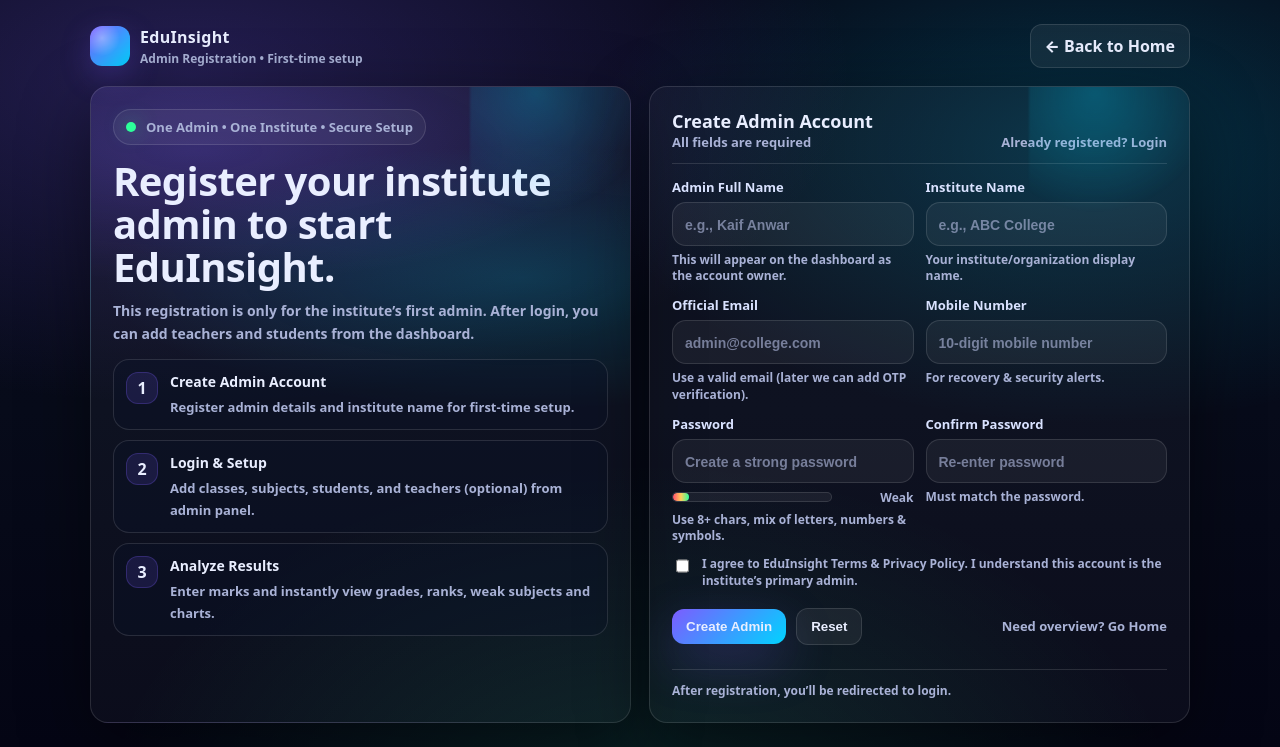
Repository: Kaifclash/EduInsight
Page: register.html
These files come from the project's save history. The page is drawn as it stood at one moment and after the next save; the edit follows.
The browser window is 1280 px wide. The pictures show the whole page.

Above is the page before, as saved 2026-02-05 15:51:14.

### register.html
<!DOCTYPE html>
<html lang="en">
<head>
  <meta charset="UTF-8" />
  <meta name="viewport" content="width=device-width, initial-scale=1.0" />
  <title>EduInsight | Admin Register</title>

  <style>
    :root{
      --bg:#070b1a;
      --card:#0f1736;
      --card2:#0b122a;
      --text:#e9eeff;
      --muted:#a9b2d6;
      --accent:#7c5cff;
      --accent2:#00d4ff;
      --good:#2dff9a;
      --danger:#ff4d6d;
      --border:rgba(255,255,255,.12);
      --shadow: 0 20px 70px rgba(0,0,0,.45);
      --radius:18px;
    }

    *{box-sizing:border-box;}
    body{
      margin:0;
      font-family: ui-sans-serif, system-ui, -apple-system, Segoe UI, Roboto, Arial, "Noto Sans", "Helvetica Neue";
      color:var(--text);
      background:
        radial-gradient(1200px 600px at 15% 10%, rgba(124,92,255,.25), transparent 55%),
        radial-gradient(900px 500px at 85% 20%, rgba(0,212,255,.20), transparent 55%),
        radial-gradient(900px 600px at 50% 110%, rgba(45,255,154,.12), transparent 60%),
        linear-gradient(180deg, #060816 0%, var(--bg) 55%, #040514 100%);
      min-height:100vh;
      overflow-x:hidden;
      display:grid;
      place-items:center;
      padding:24px 0;
    }

    a{color:inherit; text-decoration:none;}
    .wrap{width:min(1100px, 92%);}

    .topbar{
      display:flex;
      align-items:center;
      justify-content:space-between;
      gap:12px;
      margin-bottom:18px;
    }

    .brand{
      display:flex;
      align-items:center;
      gap:10px;
      font-weight:900;
      letter-spacing:.3px;
    }
    .logo{
      width:40px; height:40px;
      border-radius:12px;
      background:
        radial-gradient(circle at 30% 30%, rgba(255,255,255,.35), transparent 45%),
        linear-gradient(135deg, var(--accent), var(--accent2));
      box-shadow: 0 10px 30px rgba(124,92,255,.25);
    }
    .brand small{
      display:block;
      font-weight:650;
      color:var(--muted);
      letter-spacing:0;
      margin-top:2px;
      font-size:12px;
    }

    .btn{
      border:1px solid var(--border);
      background: rgba(255,255,255,.06);
      color:var(--text);
      padding:10px 14px;
      border-radius:12px;
      font-weight:800;
      cursor:pointer;
      transition:.18s ease;
      display:inline-flex;
      gap:10px;
      align-items:center;
      justify-content:center;
      user-select:none;
    }
    .btn:hover{transform: translateY(-1px); background: rgba(255,255,255,.10);}
    .btn-primary{
      border: none;
      background: linear-gradient(135deg, var(--accent), var(--accent2));
      box-shadow: 0 18px 50px rgba(124,92,255,.25);
    }

    .grid{
      display:grid;
      grid-template-columns: 1fr 1fr;
      gap:18px;
      align-items:stretch;
    }

    .panel{
      border:1px solid var(--border);
      border-radius: var(--radius);
      background: rgba(255,255,255,.04);
      box-shadow: var(--shadow);
      overflow:hidden;
      position:relative;
    }

    /* Left info */
    .info{
      padding:22px;
      background:
        radial-gradient(700px 220px at 20% 10%, rgba(124,92,255,.22), transparent 60%),
        radial-gradient(700px 220px at 80% 30%, rgba(0,212,255,.18), transparent 60%),
        rgba(255,255,255,.03);
    }
    .badge{
      display:inline-flex;
      gap:10px;
      align-items:center;
      padding:8px 12px;
      border-radius:999px;
      border:1px solid var(--border);
      color:var(--muted);
      background: rgba(255,255,255,.05);
      font-weight:800;
      font-size:13px;
      width:fit-content;
    }
    .dot{
      width:10px; height:10px; border-radius:999px;
      background: var(--good);
      box-shadow: 0 0 20px rgba(45,255,154,.5);
    }
    h1{
      margin:14px 0 10px;
      font-size: clamp(26px, 3.2vw, 40px);
      line-height:1.08;
      letter-spacing:-.6px;
    }
    .lead{
      margin:0 0 14px;
      color:var(--muted);
      line-height:1.65;
      font-weight:650;
      font-size:14px;
    }
    .steps{
      margin-top:14px;
      display:grid;
      gap:10px;
    }
    .step{
      display:flex;
      gap:12px;
      align-items:flex-start;
      padding:12px;
      border:1px solid var(--border);
      background: rgba(11,18,42,.35);
      border-radius: 16px;
    }
    .num{
      width:32px; height:32px;
      border-radius: 12px;
      display:grid; place-items:center;
      font-weight:900;
      background: rgba(124,92,255,.14);
      border:1px solid rgba(124,92,255,.25);
      flex: 0 0 auto;
    }
    .step b{display:block; font-size:14px; margin-bottom:4px;}
    .step span{color:var(--muted); font-weight:650; font-size:13px; line-height:1.45;}

    /* Right form */
    .form{
      padding:22px;
      background: rgba(255,255,255,.03);
    }
    .title{
      display:flex;
      align-items:flex-end;
      justify-content:space-between;
      gap:12px;
      padding-bottom:12px;
      border-bottom:1px solid var(--border);
      margin-bottom:14px;
    }
    .title h2{margin:0; font-size:18px;}
    .title p{margin:0; color:var(--muted); font-weight:700; font-size:13px;}

    form{display:grid; gap:12px;}
    .row{
      display:grid;
      grid-template-columns: 1fr 1fr;
      gap:12px;
    }
    label{
      display:block;
      font-weight:800;
      font-size:13px;
      margin-bottom:6px;
      color: #d9e2ff;
    }
    .field{
      border:1px solid var(--border);
      background: rgba(255,255,255,.05);
      border-radius: 14px;
      padding:10px 12px;
      transition:.18s ease;
      position:relative;
    }
    .field:focus-within{
      border-color: rgba(0,212,255,.55);
      box-shadow: 0 0 0 4px rgba(0,212,255,.10);
    }
    input{
      width:100%;
      border:none;
      outline:none;
      background:transparent;
      color:var(--text);
      font-size:14px;
      font-weight:700;
      padding:2px 0;
    }
    input::placeholder{color: rgba(169,178,214,.65); font-weight:650;}
    .hint{
      margin-top:6px;
      color: var(--muted);
      font-size:12px;
      font-weight:650;
      line-height:1.35;
    }

    .error{
      display:none;
      padding:10px 12px;
      border-radius: 14px;
      border:1px solid rgba(255,77,109,.35);
      background: rgba(255,77,109,.10);
      color: #ffd1d9;
      font-weight:800;
      font-size:13px;
      line-height:1.45;
    }
    .success{
      display:none;
      padding:10px 12px;
      border-radius: 14px;
      border:1px solid rgba(45,255,154,.30);
      background: rgba(45,255,154,.10);
      color: #d6ffe9;
      font-weight:850;
      font-size:13px;
      line-height:1.45;
    }

    .pw-row{
      display:grid;
      grid-template-columns: 1fr 1fr;
      gap:12px;
    }

    .pw-meter{
      display:flex;
      gap:8px;
      align-items:center;
      margin-top:6px;
    }
    .meter{
      flex:1;
      height:10px;
      border-radius:999px;
      background: rgba(255,255,255,.06);
      border:1px solid var(--border);
      overflow:hidden;
    }
    .meter > span{
      display:block;
      height:100%;
      width:10%;
      border-radius:999px;
      background: linear-gradient(90deg, var(--danger), #ffcf5a, var(--good));
      transition: width .2s ease;
    }
    .meter-text{
      color: var(--muted);
      font-weight:850;
      font-size:12px;
      min-width: 74px;
      text-align:right;
    }

    .actions{
      display:flex;
      gap:10px;
      flex-wrap:wrap;
      align-items:center;
      justify-content:space-between;
      margin-top:6px;
    }
    .actions .left{
      display:flex;
      gap:10px;
      align-items:center;
      flex-wrap:wrap;
    }

    .checkbox{
      display:flex;
      gap:10px;
      align-items:flex-start;
      color: var(--muted);
      font-weight:700;
      font-size:12px;
      line-height:1.4;
      user-select:none;
    }
    .checkbox input{width:16px; height:16px; margin-top:2px;}

    .small-link{
      color: var(--muted);
      font-weight:800;
      font-size:13px;
    }
    .small-link:hover{color:var(--text);}

    .footer-note{
      margin-top:12px;
      color: var(--muted);
      font-weight:650;
      font-size:12px;
      line-height:1.5;
      border-top:1px solid var(--border);
      padding-top:12px;
    }

    /* Floating glow */
    .panel::before{
      content:"";
      position:absolute;
      inset:-60px -60px auto auto;
      width:220px; height:220px;
      background: radial-gradient(circle at 30% 30%, rgba(0,212,255,.25), transparent 55%);
      filter: blur(1px);
      pointer-events:none;
    }

    /* Responsive */
    @media (max-width: 950px){
      .grid{grid-template-columns: 1fr; }
    }
    @media (max-width: 520px){
      .row, .pw-row{grid-template-columns:1fr;}
      .actions{flex-direction:column; align-items:stretch;}
      .actions .left{justify-content:space-between;}
    }
  </style>
</head>

<body>
  <div class="wrap">
    <div class="topbar">
      <div class="brand">
        <div class="logo" aria-hidden="true"></div>
        <div>
          EduInsight
          <small>Admin Registration • First-time setup</small>
        </div>
      </div>
      <a class="btn" href="index.html">← Back to Home</a>
    </div>

    <div class="grid">
      <!-- Left -->
      <section class="panel info">
        <div class="badge"><span class="dot"></span> One Admin • One Institute • Secure Setup</div>
        <h1>Register your institute admin to start EduInsight.</h1>
        <p class="lead">
          This registration is only for the institute’s first admin. After login, you can add teachers and students
          from the dashboard.
        </p>

        <div class="steps">
          <div class="step">
            <div class="num">1</div>
            <div>
              <b>Create Admin Account</b>
              <span>Register admin details and institute name for first-time setup.</span>
            </div>
          </div>
          <div class="step">
            <div class="num">2</div>
            <div>
              <b>Login & Setup</b>
              <span>Add classes, subjects, students, and teachers (optional) from admin panel.</span>
            </div>
          </div>
          <div class="step">
            <div class="num">3</div>
            <div>
              <b>Analyze Results</b>
              <span>Enter marks and instantly view grades, ranks, weak subjects and charts.</span>
            </div>
          </div>
        </div>
      </section>

      <!-- Right -->
      <section class="panel form">
        <div class="title">
          <div>
            <h2>Create Admin Account</h2>
            <p>All fields are required</p>
          </div>
          <a class="small-link" href="login.html">Already registered? Login</a>
        </div>

        <div class="error" id="errBox"></div>
        <div class="success" id="okBox"></div>

        <form id="regForm" action="register.php" method="POST" novalidate>
          <div class="row">
            <div>
              <label for="adminName">Admin Full Name</label>
              <div class="field">
                <input id="adminName" name="full_name" type="text" placeholder="e.g., Kaif Anwar" autocomplete="name" />
              </div>
              <div class="hint">This will appear on the dashboard as the account owner.</div>
            </div>

            <div>
              <label for="institute">Institute Name</label>
              <div class="field">
                <input id="institute" name="institute_name" type="text" placeholder="e.g., ABC College" />
              </div>
              <div class="hint">Your institute/organization display name.</div>
            </div>
          </div>

          <div class="row">
            <div>
              <label for="email">Official Email</label>
              <div class="field">
                <input id="email" name="email" type="email" placeholder="admin@college.com" autocomplete="email" />
              </div>
              <div class="hint">Use a valid email (later we can add OTP verification).</div>
            </div>

            <div>
              <label for="phone">Mobile Number</label>
              <div class="field">
                <input id="phone" name="phone" type="tel" placeholder="10-digit mobile number" inputmode="numeric" />
              </div>
              <div class="hint">For recovery & security alerts.</div>
            </div>
          </div>

          <div class="pw-row">
            <div>
              <label for="password">Password</label>
              <div class="field">
                <input id="password" name="password" type="password" placeholder="Create a strong password" autocomplete="new-password" />
              </div>

              <div class="pw-meter">
                <div class="meter"><span id="meterBar" style="width:10%"></span></div>
                <div class="meter-text" id="meterText">Weak</div>
              </div>
              <div class="hint">Use 8+ chars, mix of letters, numbers & symbols.</div>
            </div>

            <div>
              <label for="confirm">Confirm Password</label>
              <div class="field">
                <input id="confirm" name="confirm_password" type="password" placeholder="Re-enter password" autocomplete="new-password" />
              </div>
              <div class="hint">Must match the password.</div>
            </div>
          </div>

          <div class="checkbox">
            <input id="terms" name="terms" type="checkbox" />
            <div>
              I agree to EduInsight <b>Terms</b> & <b>Privacy Policy</b>. I understand this account is the
              institute’s primary admin.
            </div>
          </div>

          <div class="actions">
            <div class="left">
              <button class="btn btn-primary" type="submit">Create Admin</button>
              <button class="btn" type="button" id="resetBtn">Reset</button>
            </div>
            <a class="small-link" href="index.html">Need overview? Go Home</a>
          </div>

          <div class="footer-note">
            After registration, you’ll be redirected to login.
          </div>
        </form>
      </section>
    </div>
  </div>

  <script>
  const form = document.getElementById("regForm");
  const errBox = document.getElementById("errBox");
  const okBox = document.getElementById("okBox");

  const adminName = document.getElementById("adminName");
  const institute = document.getElementById("institute");
  const email = document.getElementById("email");
  const phone = document.getElementById("phone");
  const password = document.getElementById("password");
  const confirm = document.getElementById("confirm");
  const terms = document.getElementById("terms");

  const meterBar = document.getElementById("meterBar");
  const meterText = document.getElementById("meterText");

  function showError(msg){
    okBox.style.display = "none";
    errBox.style.display = "block";
    errBox.textContent = msg;
  }
  function showSuccess(msg){
    errBox.style.display = "none";
    okBox.style.display = "block";
    okBox.textContent = msg;
  }

  function isValidEmail(v){
    return /^[^\s@]+@[^\s@]+\.[^\s@]+$/.test(v);
  }
  function isValidPhone(v){
    const digits = v.replace(/\D/g, "");
    return digits.length === 10;
  }

  function passwordStrength(p){
    let score = 0;
    if (p.length >= 8) score++;
    if (p.length >= 12) score++;
    if (/[A-Z]/.test(p)) score++;
    if (/[a-z]/.test(p)) score++;
    if (/\d/.test(p)) score++;
    if (/[^A-Za-z0-9]/.test(p)) score++;
    return score;
  }

  function updateMeter(){
    const p = password.value.trim();
    const s = passwordStrength(p);
    const widths = [10, 20, 35, 50, 65, 80, 100];
    meterBar.style.width = widths[Math.min(s,6)] + "%";
    let label = "Weak";
    if (s >= 5) label = "Strong";
    else if (s >= 3) label = "Good";
    meterText.textContent = label;
  }

  password.addEventListener("input", updateMeter);
  updateMeter();

  phone.addEventListener("input", () => {
    phone.value = phone.value.replace(/[^\d\s+-]/g, "");
  });

  document.getElementById("resetBtn").addEventListener("click", () => {
    form.reset();
    errBox.style.display = "none";
    okBox.style.display = "none";
    updateMeter();
  });

  // ✅ IMPORTANT: we only preventDefault when validation fails
  form.addEventListener("submit", (e) => {
    errBox.style.display = "none";
    okBox.style.display = "none";

    const nameV = adminName.value.trim();
    const instV = institute.value.trim();
    const emailV = email.value.trim();
    const phoneV = phone.value.trim();
    const passV = password.value;
    const confV = confirm.value;

    if (!nameV){ e.preventDefault(); return showError("Please enter Admin Full Name."); }
    if (!instV){ e.preventDefault(); return showError("Please enter Institute Name."); }
    if (!emailV || !isValidEmail(emailV)){ e.preventDefault(); return showError("Please enter a valid Email address."); }
    if (!phoneV || !isValidPhone(phoneV)){ e.preventDefault(); return showError("Please enter a valid 10-digit Mobile Number."); }
    if (!passV || passV.length < 8){ e.preventDefault(); return showError("Password must be at least 8 characters long."); }
    if (passV !== confV){ e.preventDefault(); return showError("Confirm Password does not match."); }
    if (!terms.checked){ e.preventDefault(); return showError("Please accept Terms & Privacy Policy to continue."); }

    // ✅ allow normal submit to register.php
    showSuccess("Submitting... Please wait.");
    window.addEventListener("pageshow", function (event) {
    if (event.persisted) {
      // page restored from cache
      document.getElementById("regForm").reset();
    }
  });

  // Normal load par bhi clear
  window.addEventListener("load", function () {
    const f = document.getElementById("regForm");
    f.reset();
  });
  });
</script>
</body>
</html>

After the next save:
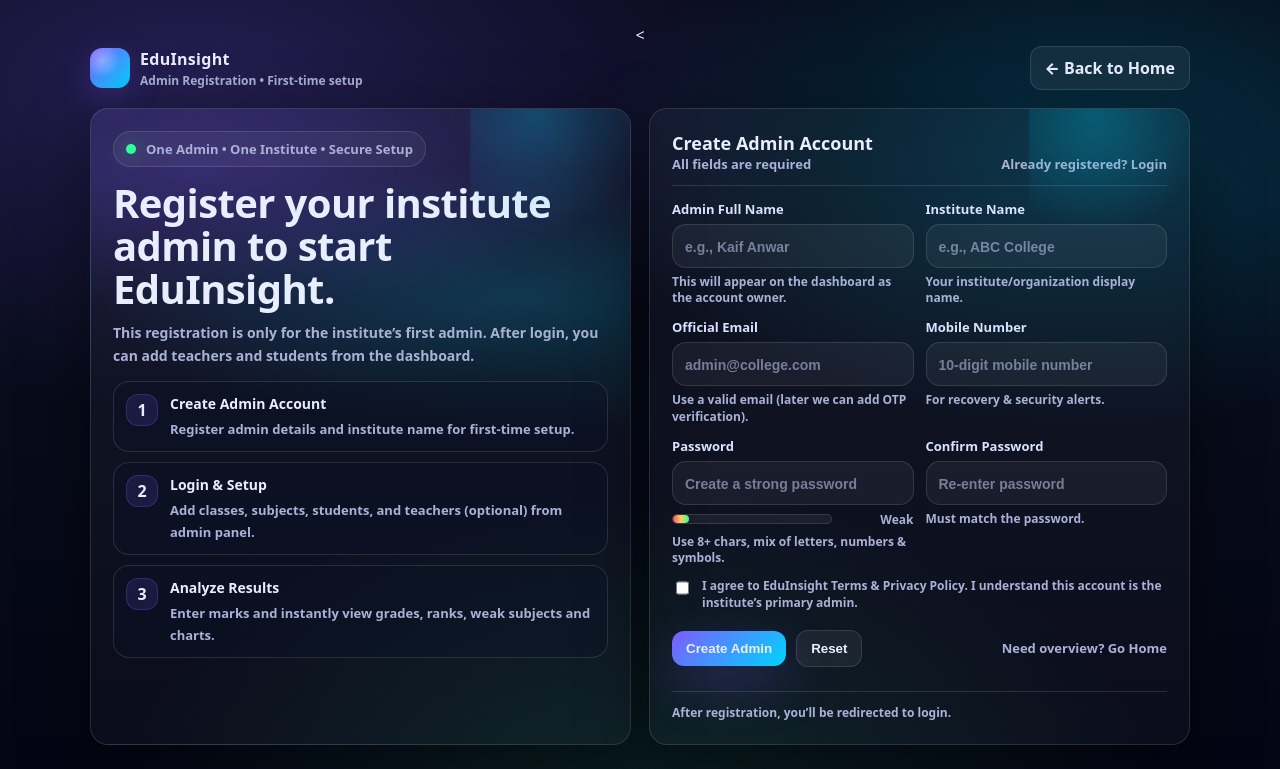
Saved 31 s later.
--- a/register.html
+++ b/register.html
@@ -1,6 +1,6 @@
 <!DOCTYPE html>
 <html lang="en">
-<head>
+<<meta http-equiv="Cache-Control" content="no-store, no-cache, must-revalidate, max-age=0">
   <meta charset="UTF-8" />
   <meta name="viewport" content="width=device-width, initial-scale=1.0" />
   <title>EduInsight | Admin Register</title>

After the save that followed:
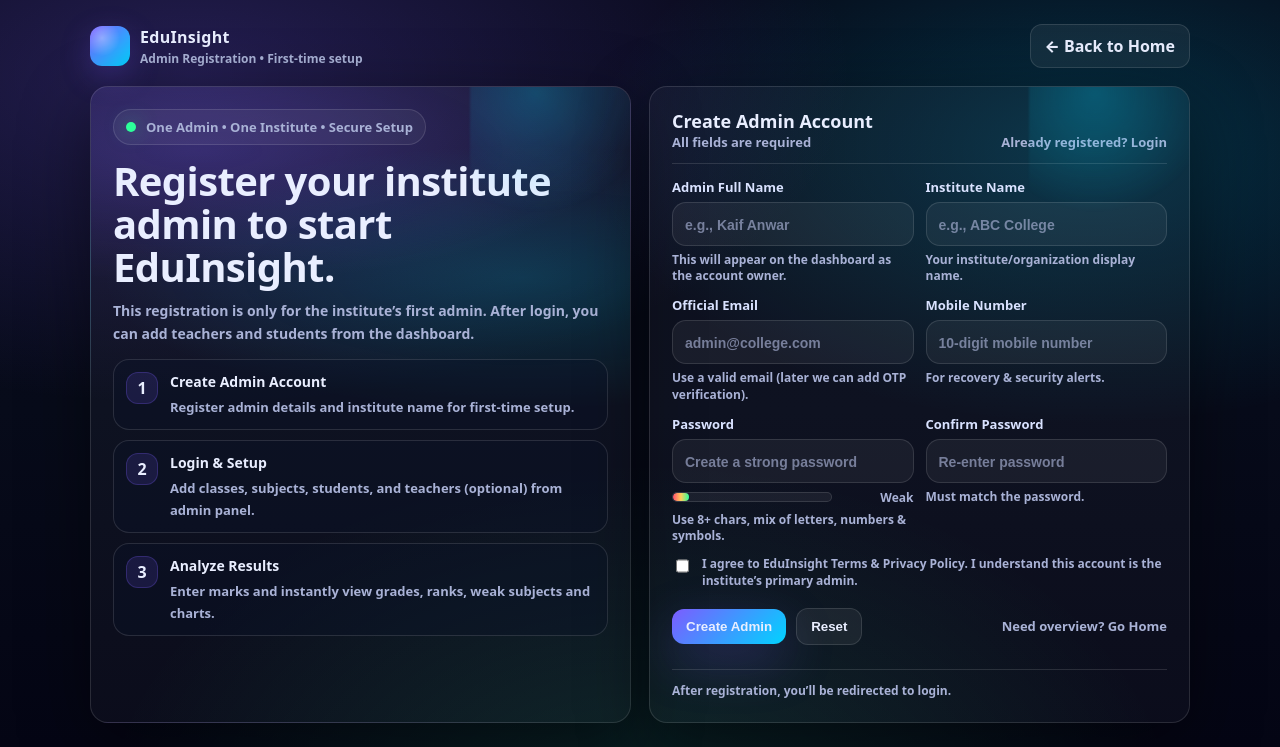
Saved 11 s later.
--- a/register.html
+++ b/register.html
@@ -1,6 +1,6 @@
 <!DOCTYPE html>
 <html lang="en">
-<<meta http-equiv="Cache-Control" content="no-store, no-cache, must-revalidate, max-age=0">
+<head>
   <meta charset="UTF-8" />
   <meta name="viewport" content="width=device-width, initial-scale=1.0" />
   <title>EduInsight | Admin Register</title>
